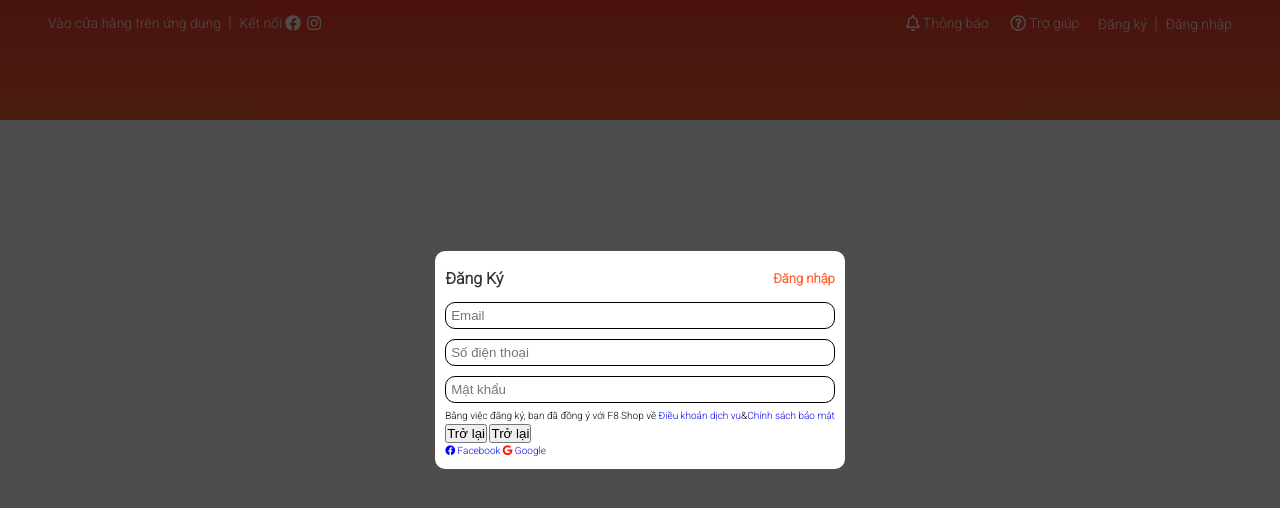
Repository: kebinh1235/Shopee-Demo
Page: index.html
These files come from the project's save history. The page is drawn as it stood at one moment and after the next save; the edit follows.
The browser window is 1280 px wide. The pictures show the whole page.

Above is the page before, as saved 2021-10-01 22:22:17.

### index.html
<!DOCTYPE html>
<html lang="en">

<head>
  <meta charset="UTF-8">
  <meta http-equiv="X-UA-Compatible" content="IE=edge">
  <meta name="viewport" content="width=device-width, initial-scale=1.0">
  <title>F8 Shop</title>
  <link rel="stylesheet" href="./asset/css/main.css">
  <link rel="stylesheet" href="./asset/css/base.css">
  <link rel="stylesheet" href="https://cdnjs.cloudflare.com/ajax/libs/font-awesome/5.15.4/css/all.min.css">
</head>

<body>
  <div class="app">
    <header class="header">
      <div class="grid">
        <nav class="header__navbar">
          <ul class="header__navbar-list">
            <li class="header__navbar-item header__item-separator">
              Vào cửa hàng trên ứng dụng
              <div class="header__navbar-QRCode">
                <div class="header__navbar-QRCode-img">
                  <img
                    src="https://upload.wikimedia.org/wikipedia/commons/thumb/d/d0/QR_code_for_mobile_English_Wikipedia.svg/1200px-QR_code_for_mobile_English_Wikipedia.svg.png"
                    alt="">
                </div>
                <div class="header__navbar-QRCode-social">
                  <a class="header__navbar-QRCode-link" href="#">
                    <i class="fab fa-google header__navbar-QRCode-icon-google"></i>
                    <span class="header__navbar-QRCode-title-google">Google</span>
                  </a>
                  <a class="header__navbar-QRCode-link" href="#">
                    <i class="fab fa-facebook header__navbar-QRCode-icon-facebook"></i>
                    <span class="header__navbar-QRCode-title-facebook">Facebook</span>
                  </a>
                </div>
              </div>
            </li>
            <li class="header__navbar-item">
              <span class="user__select-none">Kết nối</span>
              <a class="header__navbar-link-icon" href="#">
                <i class="fab fa-facebook header__navbar-icon"></i>
              </a>
              <a class="header__navbar-link-icon" href="#">
                <i class="fab fa-instagram header__navbar-icon"></i>
              </a>
            </li>
          </ul>
          <ul class="header__navbar-list">
            <li class="header__navbar-item">
              <a href="#" class="header__navbar-link">
                <i class="far fa-bell header__navbar-icon"></i>
                Thông báo
              </a>
              <div class="header__navbar-notification">
                <div class="header__navbar-noti-heading">
                  <h3>Thông báo nhận hàng</h3>
                </div>
                <ul class="header__navbar-noti-list">
                  <li class="header__navbar-noti-list-item header__navbar-noti-list-viewd">
                    <a class="header__navbar-noti-list-link" href="#">
                      <img src="https://www.oberlo.com/media/1603958036-new-products.jpg" alt="">
                      <div class="header_navbar-noti-content">
                        <span class="header_navbar-noti-name">Xác thực chính hãng nguồn gốc các sản phẩm Ohui</span>
                        <span class="header_navbar-noti-description">Xác thực chính hãng nguồn gốc các sản phẩm
                          Ohui</span>
                      </div>
                    </a>
                  </li>
                  <li class="header__navbar-noti-list-item header__navbar-noti-list-viewd">
                    <a class="header__navbar-noti-list-link" href="#">
                      <img src="https://www.oberlo.com/media/1603958036-new-products.jpg" alt="">
                      <div class="header_navbar-noti-content">
                        <span class="header_navbar-noti-name">Xác thực chính hãng nguồn gốc các sản phẩm Ohui</span>
                        <span class="header_navbar-noti-description">Xác thực chính hãng nguồn gốc các sản phẩm
                          Ohui</span>
                      </div>
                    </a>
                  </li>
                  <li class="header__navbar-noti-list-item">
                    <a class="header__navbar-noti-list-link" href="#">
                      <img src="https://www.oberlo.com/media/1603958036-new-products.jpg" alt="">
                      <div class="header_navbar-noti-content">
                        <span class="header_navbar-noti-name">Xác thực chính hãng nguồn gốc các sản phẩm Ohui</span>
                        <span class="header_navbar-noti-description">Xác thực chính hãng nguồn gốc các sản phẩm
                          Ohui</span>
                      </div>
                    </a>
                  </li>
                </ul>
                <div class="header__navbar-noti-footer">
                  <a class="header__navbar-noti-footer-link" href="#">Xem tất cả</a>
                </div>
              </div>
            </li>
            <li class="header__navbar-item">
              <a href="#" class="header__navbar-link">
                <i class="far fa-question-circle header__navbar-icon"></i>
                Trợ giúp
              </a>
            </li>
            <li class="header__navbar-item">
              <a href="#" class="header__navbar-link header__item-bold header__item-separator">Đăng ký</a>
            </li>
            <li class="header__navbar-item">
              <a href="#" class="header__navbar-link header__item-bold">Đăng nhập</a>
            </li>
          </ul>
        </nav>
      </div>
    </header>

    <div class="container">

    </div>

    <div class="footer">

    </div>
    <!--Modal-->
    <div class="modal">
      <div class="modal__overlay"></div>
      <div class="modal__body">
        <div class="modal__inner">
          <div class="auth__form">
            <div class="auth__form-header">
                <h3 class="auth__form-heading">Đăng Ký</h3>
                <span class="authb__form-btn-switch">Đăng nhập</span>
            </div>
            <div class="auth__form-form">
              <div class="auth__form-group">
                <input class="auth__form-input" type="text" placeholder="Email">
              </div>
              <div class="auth__form-group">
                <input class="auth__form-input" type="text" placeholder="Số điện thoại">
              </div>
              <div class="auth__form-group">
                <input class="auth__form-input" type="text" placeholder="Mật khẩu">
              </div>
            </div>
            <div class="auth__form-note">
              <span>
                Bằng việc đăng ký, bạn đã đồng ý với F8 Shop về
                <a class="auth__form-note-link" href="#">Điều khoản dịch vụ</a>&<a class="auth__form-note-link" href="#">Chính sách bảo mật</a>
              </span>
            </div>
            <div class="auth__form-controls">
              <button class="btn">Trở lại</button>
              <button class="btn btn-primary">Trở lại</button>
            </div>
            <div class="auth__form-social">
              <a href="#" class="btn btn-with-icon">
                <i class="fab fa-facebook header__navbar-QRCode-icon-facebook"></i>
                Facebook
              </a>
              <a href="#" class="btn btn-with-icon">
                <i class="fab fa-google header__navbar-QRCode-icon-google"></i>
                Google
              </a>
            </div>
          </div>
        </div>
      </div>
    </div>
  </div>
</body>

</html>

### asset/css/main.css
.header {
  height: 120px;
  background: linear-gradient(0, #fe6433, #f53e2d)
}
.header__navbar {
  display: flex;
  justify-content: space-between;
  padding: 10px 0;
}
.header__navbar-QRCode{
  background: white;
  height: 200px;
  position: absolute;
  top: 30px;
  padding: 10px;
  display: none;
  animation: fadeIn ease-out .8s;
}
.header__navbar-item:hover .header__navbar-QRCode {
  display: block;
}
.header__navbar-item:hover .header__navbar-notification {
  display: block;
}
.header__navbar-QRCode-img{
  width: 160px;
}
.header__navbar-QRCode-img img {
  width: 100%;
}
.header__navbar-QRCode-social {
  display: flex;
  align-items: center;
  justify-content: space-between;
}
.header__navbar-QRCode-social:before {
  content: '';
  position: absolute;
  top: -8px;
  left: 0;
  width: 100%;
  height: 10px;
  background: transparent;
}
.header__navbar-QRCode-link {
  font-size: 1.4rem;
  color: var(--text-color);
}
.header__navbar-QRCode-title-google:hover {
  color: #ff1100;
  transition: var(--transition-primary);
}
.header__navbar-QRCode-title-facebook:hover {
  color: blue;
  transition: var(--transition-primary);
}
.header__navbar-QRCode-icon-google {
  color: #ff1100;
}
.header__navbar-QRCode-icon-facebook {
  color: blue;
}
.header__navbar-list {
  list-style: none;
}
.header__navbar-item {
  margin: 0 8px;
  position: relative;
  min-height: 26px;
}
.header__item-separator::after {
  content: '';
  position: absolute;
  right: -10px;
  top: 50%;
  transform: translateY(-50%);
  height: 12px;
  border: 1px solid #FB9086;
}
.header__navbar-item,
.header__navbar-link {
  display: inline-block;
  font-size: 1.4rem;
  color: var(--white-color);
  text-decoration: none;
  font-weight: 300;
}
.header__navbar-item:hover,
.header__navbar-link:hover,
.header__navbar-link-icon:hover {
  cursor: pointer;
  color: rgba(255, 255, 255, 0.7);
}
.header__navbar-item,
.header__navbar-link,
.header__navbar-link-icon {
  display: inline-flex;
  align-items: center;
}
.header__navbar-link-icon {
  color: var(--white-color);
}
.header__navbar-icon {
  font-size: 1.6rem;
  margin: 0 3px;
}
.header__item-bold {
  font-weight: 500;
}
.user__select-none {
  cursor: text;
  color: var(--white-color);
}
.header__navbar-notification{
  position: absolute;
  top: 35px;
  right: 0;
  width: 404px;
  background: var(--white-color);
  display: none;
  box-shadow: rgba(0, 0, 0, 0.16) 0px 1px 4px;
  animation: growthUp ease-in .3s;
  will-change: opacity, transform, scale;
  transform-origin: calc(100% - 20px) top;
}
.header__navbar-notification:before {
  content: "";
  position: absolute;
  top: -10px;
  right: 0;
  width: 100%;
  background: transparent;
  height: 15px;
}
.header__navbar-notification:after {
  content: "";
  position: absolute;
  top: -32px;
  right: 10px;
  border: 20px solid #000;
  border-color: transparent transparent var(--white-color) transparent;
}
.header__navbar-noti-heading{
  padding: 10px;
  box-shadow: rgba(0, 0, 0, 0.16) 0px 1px 4px;
  cursor: default;
}
.header__navbar-noti-heading h3 {
  font-size: 1.6rem;
  color: var(--text-color);
}
.header__navbar-noti-list{
  list-style: none;
  box-shadow: rgba(0, 0, 0, 0.16) 0px 1px 1px;
}
.header__navbar-noti-list-item{
  padding: 8px 10px;
}
.header__navbar-noti-list-viewd{
  background: #ffe3e3;
}
.header__navbar-noti-list-item:hover{
  background: #f3c8c8;
  transition: var(--transition-primary);
}
.header__navbar-noti-list-link{
  display: inline-flex;
  align-items: center;
}
.header__navbar-noti-list-link img{
  width: 60px;
  object-fit: contain;
}
.header_navbar-noti-content{
  padding-left: 10px;
}
.header_navbar-noti-name{
  font-size: 1.4rem;
  font-weight: bold;
  color: var(--text-color);
  margin-bottom: 5px;
  line-height: 2rem;
  text-align: justify;
  display: block;
}
.header_navbar-noti-description{
  font-size: 1.3rem;
  color: var(--text-color-rgb-black);
  display: block;
}
.header__navbar-noti-footer{
  padding: 10px;
  text-align: center;
  box-shadow: rgba(0, 0, 0, 10px) 0px 1px 1px;
}
.header__navbar-noti-footer-link{
  color: var(--text-color-rgb-black);
}

/*Start Modal*/
.modal{
  position: fixed;
  /* top: 0;
  right: 0;
  bottom: 0;
  left: 0; */
  inset: 0;
  display: flex;
}
.modal__overlay{
  position: absolute;
  width: 100%;
  height: 100%;
  background: rgba(0, 0, 0, 0.7);
}
.modal__body{
  margin: auto;
  background: var(--white-color);
  overflow: hidden;
  z-index: 1;
  border-radius: 10px;
}
.modal__inner{
  padding: 10px;
}
.auth__form{

}
.auth__form-header{
  display: flex;
  justify-content: space-between;
  align-items: center;
  padding: 10px 0;
}
.auth__form-heading{
  font-size: 1.6rem;
  color: var(--text-color);
  font-weight: bold;
}
.authb__form-btn-switch{
  font-size: 1.3rem;
  color: var(--primary-color);
  font-weight: bold;
}
.auth__form-form{

}
.auth__form-group{
  padding: 5px 0;
  width: 100%;
}
.auth__form-input {
  width: 100%;
  padding: 5px;
  border-radius: 10px;
  overflow: hidden;
  border: 1px solid black;
}
.auth__form-note{

}
.auth_form-text {

}
.auth__form-controls{

}
.auth__form-social{

}

/*End Modal*/

### asset/css/base.css
@import url('https://fonts.googleapis.com/css2?family=Roboto:wght@300&display=swap');
:root {
  --white-color: #fff;
  --black-color: #000;
  --primary-color: #fe6433;
  --text-color: #333;
  --text-color-rgb-black: rgba(0, 0, 0, 0.7);
  --transition-primary: all .2s linear;
  --btn-primary: linear-gradient(0, #fe6433, #f53e2d);
}

* {
  margin: 0;
  padding: 0;
  box-sizing: inherit;
  text-decoration: none;
}

html {
  font-size: 62.5%;
  line-height: 1.6rem;
  border: none;
  outline: none;
  overflow: hidden;
  box-sizing: border-box;
  font-family: 'Roboto', sans-serif;
}

.grid {
  width: 1200px;
  max-width: 100%;
  margin: 0 auto;
}

.grid__full-width {
  width: 100%;
}

.grid__row {
  display: flex;
  flex-wrap: wrap;
}

/*Animation*/
@keyframes fadeIn {
  0% {
    opacity: 0;
  }
  100% {
    opacity: 1;
  }
}

@keyframes growthUp {
  0% {
    opacity: 0;
    transform: scale(0);
  }
  100% {
    opacity: 1;
    transform: scale(1);
  }
}

After the next save:
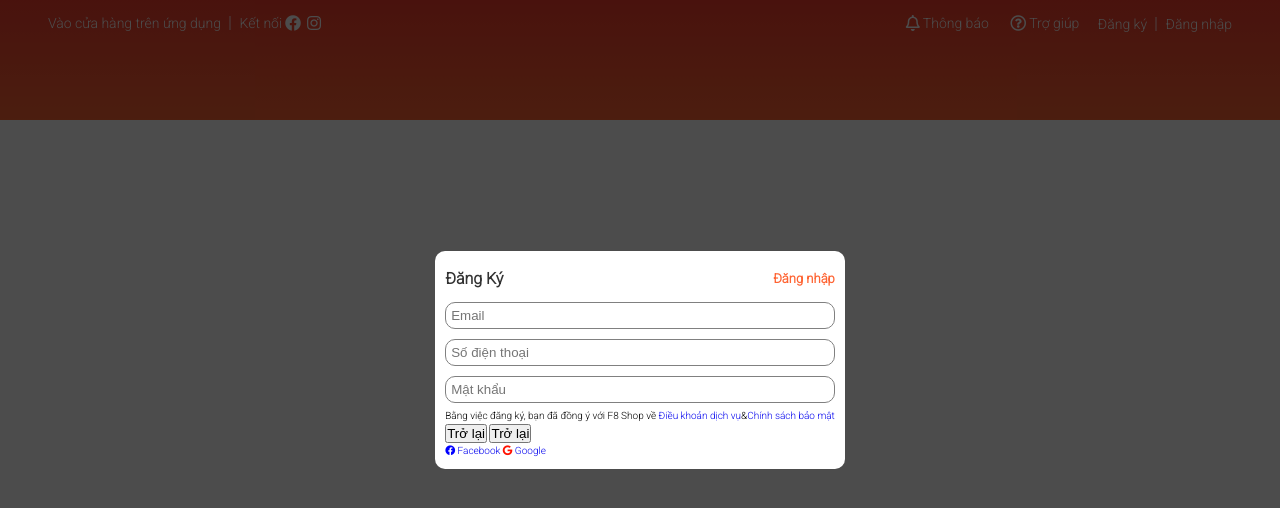
Saved 9 s later.
--- a/asset/css/main.css
+++ b/asset/css/main.css
@@ -254,7 +254,7 @@
   padding: 5px;
   border-radius: 10px;
   overflow: hidden;
-  border: 1px solid black;
+  border: 1px solid gray;
 }
 .auth__form-note{
 
